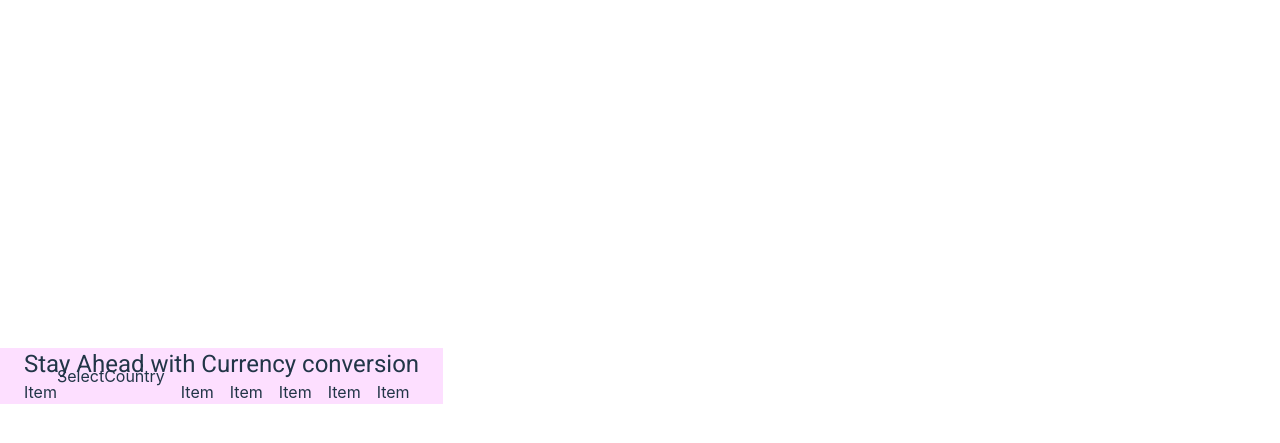
Repository: Asad-devv/CURRENCY
Page: /
The author's editor kept a copy of each file at every save. The page is drawn from the files as they stood at one save, then again after the next save.
The browser window is 1280 px wide. The pictures show the whole page.
The project was rebuilt for these pictures with package versions that can differ from the ones it lists, and the page was loaded fresh each time. Also part of the build but not shown: craco.config.js.

Above is the page before, as saved 2023-03-01 21:40:53.

After the next save:
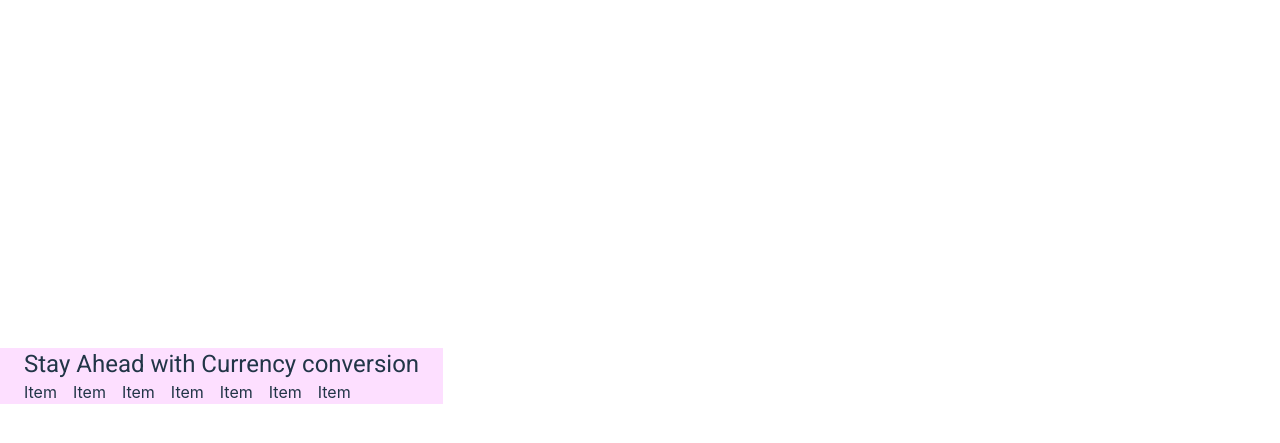
Saved 5 s later.
--- a/src/components/selectCountry.jsx
+++ b/src/components/selectCountry.jsx
@@ -2,7 +2,9 @@ import React from 'react'
 import {Grid } from "@mui/material"
 const SelectCountry = () => {
   return (
-    <div>SelectCountry</div>
+    <Grid item>
+    Item
+  </Grid>
   )
 }
 
